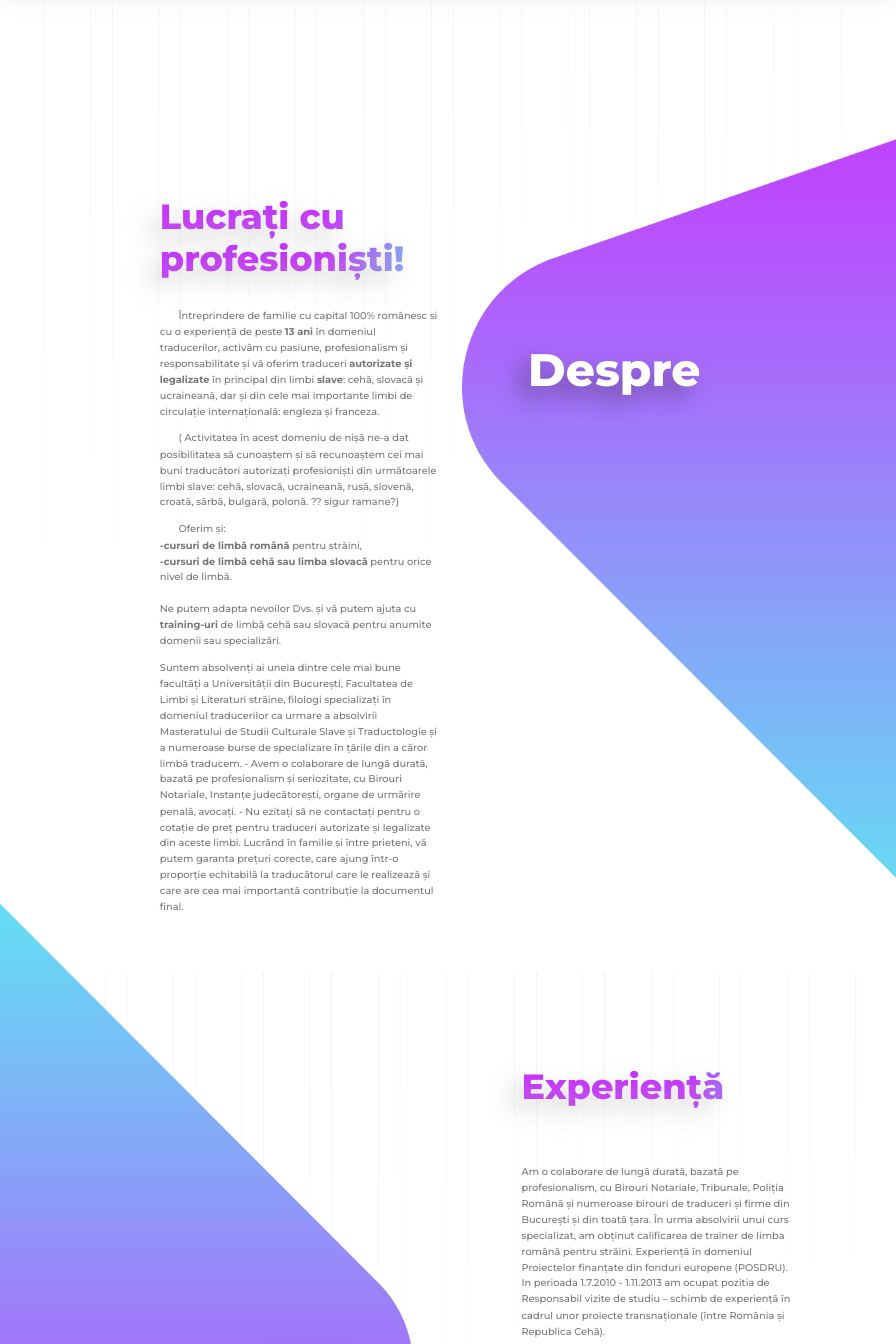
Repository: roscaImarius/site_traduceri
Page: index.html
These files come from the project's save history. The page is drawn as it stood at one moment and after the next save; the edit follows.
The browser window is 1280 px wide. The pictures show the part of the page from y = 692 to 2612 px (the page is 7580 px tall), at 70% of full size.

Above is the page before, as saved 2022-03-17 15:17:17.

### index.html
<!DOCTYPE html>
<html lang="en" class="no-js">
  <head>
    <meta
      name="viewport"
      content="width=device-width, initial-scale=1, shrink-to-fit=no"
    />
    <meta name="author" content="CodePixar" />
    <meta name="description" content="" />
    <meta name="keywords" content="" />
    <meta charset="UTF-8" />

    <title>Traduceri</title>

    <link
      href="https://fonts.googleapis.com/css?family=Montserrat:500,600,700,800,900"
      rel="stylesheet"
    />
    <link
      href="https://fonts.googleapis.com/css?family=Open+Sans:400,600"
      rel="stylesheet"
    />
    <!-- ===========================================
		CSS Files
    ============================================= -->
    <link rel="stylesheet" href="css/font-awesome.min.css" />
    <link rel="stylesheet" href="css/bootstrap.css" />
    <link rel="stylesheet" href="css/main.css" />
  </head>

  <body class="version5" id="top">
    <div class="se-pre-con"></div>

    <!--================ Start Banner Area =================-->
    <section class="home-area" id="home">
      <div class="banner-area relative">
        <div class="container-fluid">
          <div class="row justify-content-center height align-items-center">
            <div class="col-lg-5 col-md-6 col-sm-12">
              <div class="banner-img">
                <img class="img-fluid" src="img/banner-img5.jpg" alt="" />
              </div>
            </div>
            <div class="col-lg-5 col-md-6 col-sm-12">
              <div class="banner-content text-right">
                <h4 class="mb-30 hello text-uppercase text-white">
                  Salut, noi suntem
                </h4>
                <h1 class="name">Catrina Traduceri</h1>
                <p class="mt-5 h6 pHome dark">
                  Ne numărăm printre foarte puținii traducători autorizați de
                  Ministerul Justiției din România pentru traduceri din limbile
                  slave, de nisă: cehă, slovacă și ucraineană.
                </p>
              </div>
            </div>
          </div>
        </div>
      </div>
    </section>
    <!--================Header Menu Area =================-->
    <header class="header_area" id="header5">
      <div class="main_menu">
        <nav class="navbar navbar-expand-lg">
          <div class="container-fluid">
            <!-- Brand and toggle get grouped for better mobile display -->
            <a class="navbar-brand logo_h" href="index.html"
              ><img class="logoo" src="img/logo5_1.png" alt=""
            /></a>
            <button
              class="navbar-toggler"
              type="button"
              data-toggle="collapse"
              data-target="#navbarSupportedContent"
              aria-controls="navbarSupportedContent"
              aria-expanded="false"
              aria-label="Toggle navigation"
            >
              <i class="fas fa-bars"></i>
            </button>
            <!-- Collect the nav links, forms, and other content for toggling -->
            <div
              class="collapse navbar-collapse offset"
              id="navbarSupportedContent"
            >
              <ul class="nav navbar-nav menu_nav ml-auto nav5">
                <li class="nav-item active5">
                  <a class="nav-link" href="#home">Acasă</a>
                </li>
                <li class="nav-item">
                  <a class="nav-link" href="#about">Despre</a>
                </li>
                <li class="nav-item">
                  <a class="nav-link" href="#resume">Curriculum Vitae</a>
                </li>
                <li class="nav-item">
                  <a class="nav-link" href="#portfolio">prețuri</a>
                </li>
                <li class="nav-item">
                  <a class="nav-link" href="#contact">contact</a>
                </li>
              </ul>

              <!-- SOCIAL MEDIA -->
              <ul class="nav navbar-nav social-icons">
                <li class="nav-item">
                  <a href="https://www.facebook.com/catrina.traduceri">
                    <i class="fab fa-facebook-f"></i>
                  </a>
                </li>
                <li class="nav-item">
                  <a
                    href="https://www.linkedin.com/in/ionut-catrina-405244178/"
                  >
                    <i class="fab fa-linkedin"></i>
                  </a>
                </li>
                <li class="nav-item">
                  <a href="#">
                    <i class="fab fa-youtube"></i>
                  </a>
                </li>
              </ul>
            </div>
          </div>
        </nav>
      </div>
    </header>

    <!--================ Start About Area =================-->
    <section class="about-area section-gap-top-5 relative" id="about">
      <div class="container-fluid">
        <div class="row row-reverse">
          <div class="offset-lg-2 col-lg-4 col-md-12">
            <h2 class="heading mb-40">Lucrați cu profesioniști!</h2>
            <p style="text-indent: 20pt">
              Întreprindere de familie cu capital 100% românesc si cu o
              experiență de peste
              <span style="font-weight: bold">13 ani</span> în domeniul
              traducerilor, activăm cu pasiune, profesionalism și
              responsabilitate și vă oferim traduceri
              <span style="font-weight: bold"> autorizate și legalizate</span>
              în principal din limbi
              <span style="font-weight: bold">slave</span>: cehă, slovacă și
              ucraineană, dar și din cele mai importante limbi de circulație
              internațională: engleza și franceza. <br />
            </p>

            <p style="text-indent: 20pt">
              ( Activitatea în acest domeniu de nișă ne-a dat posibilitatea să
              cunoaștem și să recunoaștem cei mai buni traducători autorizați
              profesioniști din următoarele limbi slave: cehă, slovacă,
              ucraineană, rusă, slovenă, croată, sârbă, bulgară, polonă. ??
              sigur ramane?)
            </p>
            <p style="text-indent: 20pt">
              Oferim și: <br />
              <span style="font-weight: bold">-cursuri de limbă română</span>
              pentru străini, <br />
              <span style="font-weight: bold"
                >-cursuri de limbă cehă sau limba slovacă</span
              >
              pentru orice nivel de limbă. <br /><br />
              Ne putem adapta nevoilor Dvs. și vă putem ajuta cu
              <span style="font-weight: bold">training-uri</span> de limbă cehă
              sau slovacă pentru anumite domenii sau specializări.
            </p>
            <!-- <p class="mb-50" style="text-indent: 20pt">
              &middot; În anul 2009 am absolvit Masteratul de Studii Culturale
              Slave și Traductologie în cadrul Universității din București.
              Traducător autorizat de Ministerul Justiției din România încă din
              anul 2008, realizez traduceri /legalizate notarial, autorizate cu
              semnătura și ștampila mea sau traduceri simple. Studiile și
              experiența acumulată mă ajută să găsesc soluții la cele mai
              diferite situații lingvistice și să transpun cât mai fidel în
              limba țintă documentul de tradus. Pot traduce documente din orice
              domeniu, de la documente juridice până la documente tehnice și
              medicale.
            </p> -->
            <p>
              Suntem absolvenți ai uneia dintre cele mai bune facultăți a
              Universității din București, Facultatea de Limbi și Literaturi
              străine, filologi specializați în domeniul traducerilor ca urmare
              a absolvirii Masteratului de Studii Culturale Slave și
              Traductologie și a numeroase burse de specializare în țările din a
              căror limbă traducem. - Avem o colaborare de lungă durată, bazată
              pe profesionalism și seriozitate, cu Birouri Notariale, Instanțe
              judecătorești, organe de urmărire penală, avocați. - Nu ezitați să
              ne contactați pentru o cotație de preț pentru traduceri autorizate
              și legalizate din aceste limbi. Lucrând în familie și între
              prieteni, vă putem garanta prețuri corecte, care ajung într-o
              proporție echitabilă la traducătorul care le realizează și care
              are cea mai importantă contribuție la documentul final.
            </p>
          </div>

          <div class="col-lg-6 p-0 col-md-12">
            <div class="right-side">
              <h2 class="text-white right-heading">Despre</h2>
            </div>
          </div>
        </div>
      </div>
    </section>

    <!--================ Start Experience Area =================-->
    <section class="experience-area relative" id="resume">
      <div class="container-fluid">
        <div class="row">
          <div class="col-lg-6 p-0 col-md-12">
            <div class="left-side">
              <h2 class="text-white indented cv left-heading">C.V.</h2>
            </div>
          </div>

          <div class="xpDiv col-lg-4 md-mr col-md-12">
            <h2 class="heading mb-80">Experiență</h2>
            <div class="resume-content">
              <div class="work-exp mb-50">
                <p>
                  Am o colaborare de lungă durată, bazată pe profesionalism, cu
                  Birouri Notariale, Tribunale, Poliția Română și numeroase
                  birouri de traduceri și firme din București și din toată țara.
                  În urma absolvirii unui curs specializat, am obținut
                  calificarea de trainer de limba română pentru străini.
                  Experiență în domeniul Proiectelor finanțate din fonduri
                  europene (POSDRU). In perioada 1.7.2010 - 1.11.2013 am ocupat
                  pozitia de Responsabil vizite de studiu – schimb de experiență
                  în cadrul unor proiecte transnaționale (între România și
                  Republica Cehă).
                </p>
              </div>

              <h2 class="heading mt-120 mb-80">Education</h2>
              <div class="study">
                <h4 class="subject">Master</h4>
                <p>
                  <span class="title">Session</span>
                  <span class="info">: 2010-11</span>
                </p>
                <p>
                  <span class="title">Result</span>
                  <span class="info">: 3.78 (In the Scale of 4.00)</span>
                </p>
              </div>

              <div class="study">
                <h4 class="subject">Bachelor</h4>
                <p>
                  <span class="title">Session</span>
                  <span class="info">: 2006-09</span>
                </p>
                <p>
                  <span class="title">Result</span>
                  <span class="info">: 3.40 (In the Scale of 4.00)</span>
                </p>
              </div>

              <div class="study">
                <h4 class="subject">Diploma</h4>
                <p>
                  <span class="title">Session</span>
                  <span class="info">: 20063-06</span>
                </p>
                <p>
                  <span class="title">Result</span>
                  <span class="info">: 4.94 (In the Scale of 5.00)</span>
                </p>
              </div>
            </div>
          </div>
        </div>
      </div>
    </section>

    <!--================ Start PRICE Area =================-->
    <section class="price-area section-gap-top-5 relative" id="portfolio">
      <div class="container-fluid">
        <div class="row row-reverse">
          <div class="divFaraPret offset-lg-2 col-lg-4 col-md-12">
            <h2 class="heading mb-40">Detalii tarife</h2>
            <h1>Text</h1>
            <p>
              Lorem ipsum dolor sit amet consectetur adipisicing elit. Tempora
              omnis rem magnam voluptatum molestiae, unde id fuga illum
              consequatur nisi? Unde voluptates quia enim ab quae consequatur.
              Doloremque amet eveniet autem hic error veniam ullam aliquid
              aperiam corrupti expedita tempora fugiat, accusantium esse alias
              ea quam architecto totam perferendis, eum excepturi consectetur,
              distinctio placeat! A iure sint corporis fuga aperiam quo incidunt
              enim aut vel totam, dolorum architecto sed placeat, doloribus quam
              fugit! Deserunt iure eligendi at laborum corrupti libero,
              molestias, aliquid hic, nihil non ad voluptatum esse molestiae
              quam culpa sit quos! Maiores molestiae ab laboriosam nam magnam,
              illo eligendi dolorem explicabo. Expedita consequatur debitis
              ratione excepturi exercitationem quam neque quaerat magni aliquid
              voluptate, velit voluptatem ut quasi facilis totam ipsa nulla unde
              assumenda perspiciatis non sequi pariatur repellat? Dicta voluptas
              magni id omnis eveniet sunt consectetur aperiam necessitatibus
              sequi tempora quos neque sit iure aspernatur deserunt atque cum,
              debitis quibusdam inventore facilis velit, consequatur nobis
              excepturi. Suscipit dolorem, quisquam quos non reiciendis, earum
              repudiandae error nobis aspernatur optio expedita eligendi atque
              odit nihil ullam cumque a sunt aperiam culpa obcaecati corporis
              iusto? Magnam sequi, necessitatibus nemo odit illo nobis aut,
              voluptas suscipit consequuntur voluptatibus nisi earum. Dolor,
              aperiam?
            </p>
          </div>

          <div class="divPreturi col-lg-6 p-0 col-md-12">
            <div class="right-side">
              <h2 class="text-white right-heading">Prețuri</h2>
            </div>
          </div>
        </div>
      </div>
    </section>

    <!--================ Start CONTACT Area =================-->
    <section class="client-area relative" id="contact">
      <div class="container-fluid">
        <div class="row">
          <div class="col-lg-6 p-0 col-md-12">
            <div class="left-side">
              <h2 class="text-white left-heading">Contact</h2>
            </div>
          </div>

          <div class="contactDiv offset-lg-2 col-lg-4 col-md-12">
            <div class="form-area text-left">
              <h5><i>Telefon:</i></h5>
              <p>+40 726 471 135 <br /></p>
            </div>

            <div class="form-area text-left">
              <h5><i>E-mail:</i></h5>
              <p>catrina.traduceri@yahoo.com</p>
            </div>

            <div class="form-area adresa text-left">
              <h5><i>Adresă:</i></h5>
              <p>
                Calea Dorobantilor nr. 135-145, bl. 10, sc. C, Ap. 156, sector
                1, Bucuresti.
              </p>
            </div>
            <img class="mapa" src="./img/mapa.png" alt="" />
            <img class="mapa" src="./img/mapa.png" alt="" />
            <img class="mapa" src="./img/mapa.png" alt="" />
          </div>
        </div>
      </div>
    </section>

    <!--= Start Scroll to Top Area ########## -->
    <div id="back-top">
      <a title="Go to Top" href="#">
        <i class="fas fa-angle-up"></i>
      </a>
    </div>

    <script src="js/vendor/jquery-2.2.4.min.js"></script>
    <!-- <script src="js/popper.min.js"></script> -->
    <script src="js/vendor/bootstrap.min.js"></script>
    <script src="js/jquery.ajaxchimp.min.js"></script>
    <script src="js/counter-up.js"></script>
    <script src="js/isotope.pkgd.min.js"></script>
    <script src="js/waypoints.min.js"></script>
    <script src="js/main.js"></script>
  </body>
</html>

Loaded but not shown: css/font-awesome.min.css (library); css/bootstrap.css (library); js/vendor/jquery-2.2.4.min.js (library); js/vendor/bootstrap.min.js (library); js/jquery.ajaxchimp.min.js (library); js/isotope.pkgd.min.js (library); js/waypoints.min.js (library); js/main.js (150 lines, source omitted); js/counter-up.js (8 lines, source omitted); css/main.css (1566 lines, source omitted)

After the next save:
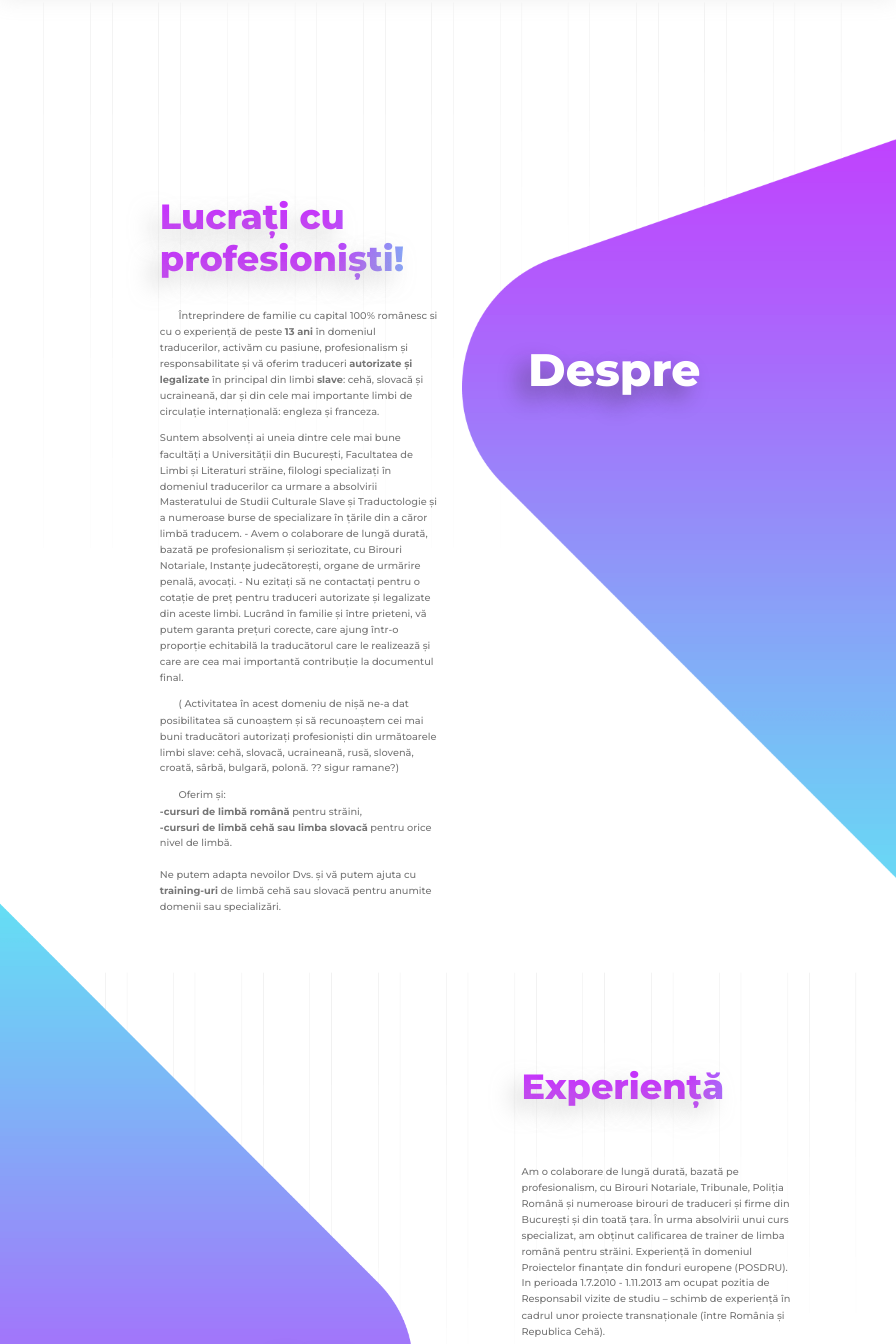
Saved 76 s later.
--- a/index.html
+++ b/index.html
@@ -145,38 +145,6 @@
               ucraineană, dar și din cele mai importante limbi de circulație
               internațională: engleza și franceza. <br />
             </p>
-
-            <p style="text-indent: 20pt">
-              ( Activitatea în acest domeniu de nișă ne-a dat posibilitatea să
-              cunoaștem și să recunoaștem cei mai buni traducători autorizați
-              profesioniști din următoarele limbi slave: cehă, slovacă,
-              ucraineană, rusă, slovenă, croată, sârbă, bulgară, polonă. ??
-              sigur ramane?)
-            </p>
-            <p style="text-indent: 20pt">
-              Oferim și: <br />
-              <span style="font-weight: bold">-cursuri de limbă română</span>
-              pentru străini, <br />
-              <span style="font-weight: bold"
-                >-cursuri de limbă cehă sau limba slovacă</span
-              >
-              pentru orice nivel de limbă. <br /><br />
-              Ne putem adapta nevoilor Dvs. și vă putem ajuta cu
-              <span style="font-weight: bold">training-uri</span> de limbă cehă
-              sau slovacă pentru anumite domenii sau specializări.
-            </p>
-            <!-- <p class="mb-50" style="text-indent: 20pt">
-              &middot; În anul 2009 am absolvit Masteratul de Studii Culturale
-              Slave și Traductologie în cadrul Universității din București.
-              Traducător autorizat de Ministerul Justiției din România încă din
-              anul 2008, realizez traduceri /legalizate notarial, autorizate cu
-              semnătura și ștampila mea sau traduceri simple. Studiile și
-              experiența acumulată mă ajută să găsesc soluții la cele mai
-              diferite situații lingvistice și să transpun cât mai fidel în
-              limba țintă documentul de tradus. Pot traduce documente din orice
-              domeniu, de la documente juridice până la documente tehnice și
-              medicale.
-            </p> -->
             <p>
               Suntem absolvenți ai uneia dintre cele mai bune facultăți a
               Universității din București, Facultatea de Limbi și Literaturi
@@ -192,6 +160,37 @@
               proporție echitabilă la traducătorul care le realizează și care
               are cea mai importantă contribuție la documentul final.
             </p>
+            <p style="text-indent: 20pt">
+              ( Activitatea în acest domeniu de nișă ne-a dat posibilitatea să
+              cunoaștem și să recunoaștem cei mai buni traducători autorizați
+              profesioniști din următoarele limbi slave: cehă, slovacă,
+              ucraineană, rusă, slovenă, croată, sârbă, bulgară, polonă. ??
+              sigur ramane?)
+            </p>
+            <p style="text-indent: 20pt">
+              Oferim și: <br />
+              <span style="font-weight: bold">-cursuri de limbă română</span>
+              pentru străini, <br />
+              <span style="font-weight: bold"
+                >-cursuri de limbă cehă sau limba slovacă</span
+              >
+              pentru orice nivel de limbă. <br /><br />
+              Ne putem adapta nevoilor Dvs. și vă putem ajuta cu
+              <span style="font-weight: bold">training-uri</span> de limbă cehă
+              sau slovacă pentru anumite domenii sau specializări.
+            </p>
+            <!-- <p class="mb-50" style="text-indent: 20pt">
+              &middot; În anul 2009 am absolvit Masteratul de Studii Culturale
+              Slave și Traductologie în cadrul Universității din București.
+              Traducător autorizat de Ministerul Justiției din România încă din
+              anul 2008, realizez traduceri /legalizate notarial, autorizate cu
+              semnătura și ștampila mea sau traduceri simple. Studiile și
+              experiența acumulată mă ajută să găsesc soluții la cele mai
+              diferite situații lingvistice și să transpun cât mai fidel în
+              limba țintă documentul de tradus. Pot traduce documente din orice
+              domeniu, de la documente juridice până la documente tehnice și
+              medicale.
+            </p> -->
           </div>
 
           <div class="col-lg-6 p-0 col-md-12">
